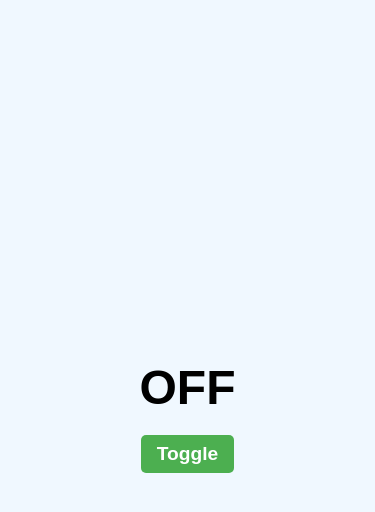
Repository: oii-233/CSEC_ASTU_Toggle
Page: index.html
These files come from the project's save history. The page is drawn as it stood at one moment and after the next save; the edit follows.
The browser window is 375 px wide. The pictures show the whole page.

Above is the page before, as saved 2025-12-21 02:55:15.
Console error: SyntaxError: Unexpected token '<'

After the next save:
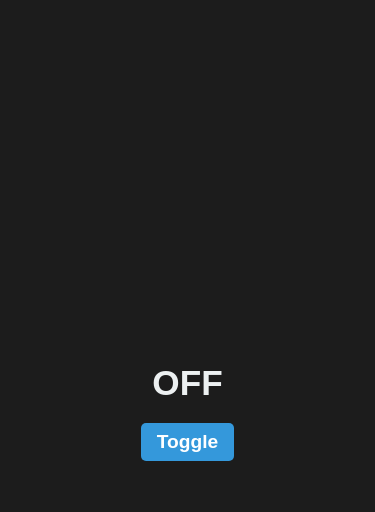
Saved 10 s later.
--- a/style.css
+++ b/style.css
@@ -1,27 +1,38 @@
-/* ===== Page Background & Font ===== */
+/* ===== Page Setup ===== */
 body {
     margin: 0;
     padding: 0;
     height: 100vh;
-    display: flex; /* Flexbox to center content */
-    justify-content: center; /* Horizontal centering */
-    align-items: center; /* Vertical centering */
-    flex-direction: column; /* Stack heading & button vertically */
-    background-color: #f0f8ff; /* Light background color */
+    display: flex;
+    justify-content: center;
+    align-items: center;
+    flex-direction: column;
+    background-color: #1c1c1c; /* Dark mode */
     font-family: Arial, Helvetica, sans-serif;
+    transition: background-color 0.5s;
 }
 
-/* ===== Heading Styling ===== */
+/* Heading */
 h1 {
-    text-align: center;
-    font-size: 4rem;
-    font-weight: bold;
+    color: #ecf0f1;
+    font-size: 3rem;
+    margin-bottom: 20px;
     text-transform: uppercase;
-    margin-bottom: 20px; /* Space between heading & button */
-    display: block; /* Required display property */
 }
 
-/* ===== Button Styling ===== */
+/* Lamp / Bulb */
+.lamp svg {
+    transition: fill 0.5s, filter 0.5s;
+    margin-bottom: 20px;
+}
+
+/* ON state for bulb */
+.lamp.on svg {
+    fill: #f1c40f;
+    filter: drop-shadow(0 0 20px #f1c40f);
+}
+
+/* Button */
 button {
     padding: 10px 20px;
     font-size: 1.5rem;
@@ -29,20 +40,25 @@ button {
     cursor: pointer;
     border: none;
     border-radius: 5px;
-    background-color: #4caf50;
+    background-color: #3498db;
     color: white;
-    display: inline-block; /* Required display property */
+    display: inline-block;
     transition: background-color 0.3s;
 }
 
 button:hover {
-    background-color: #45a049;
+    background-color: #2980b9;
 }
 
-/* ===== Responsive Design ===== */
+/* Responsive */
 @media (max-width: 600px) {
     h1 {
-        font-size: 3rem;
+        font-size: 2.2rem;
+    }
+
+    .lamp svg {
+        width: 70px;
+        height: 70px;
     }
 
     button {
